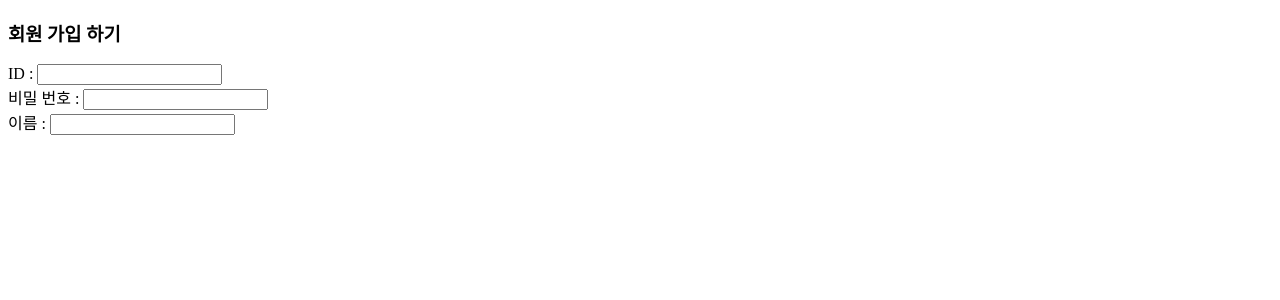
Repository: parkhayoung615/SchoolWebJSP_3
Page: http://localhost/220316/
An editor plug-in stored every save of this project. The page is shown before and after the next save, followed by the edit.
The browser window is 1280 px wide. The pictures show the whole page.
The page is served by Tomcat 9.

Above is the page before, as saved 2022-03-16 00:40:09.

After the next save:
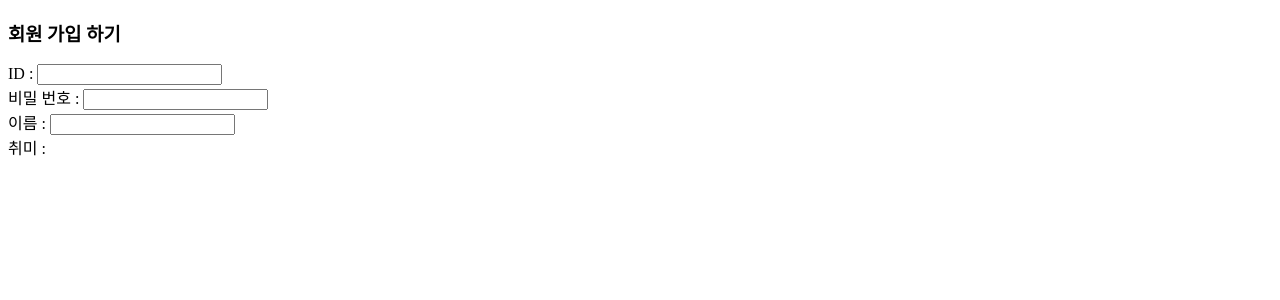
Saved 5 s later.
--- a/220316/220316/WebContent/index.jsp
+++ b/220316/220316/WebContent/index.jsp
@@ -12,6 +12,7 @@
 		ID : <input type="text" name="id"> <br>
 		비밀 번호 : <input type="password" name="pwd"> <br>
 		이름 : <input type="text" name="name"> <br>
+		취미 :
 
 	</form>
 </body>
